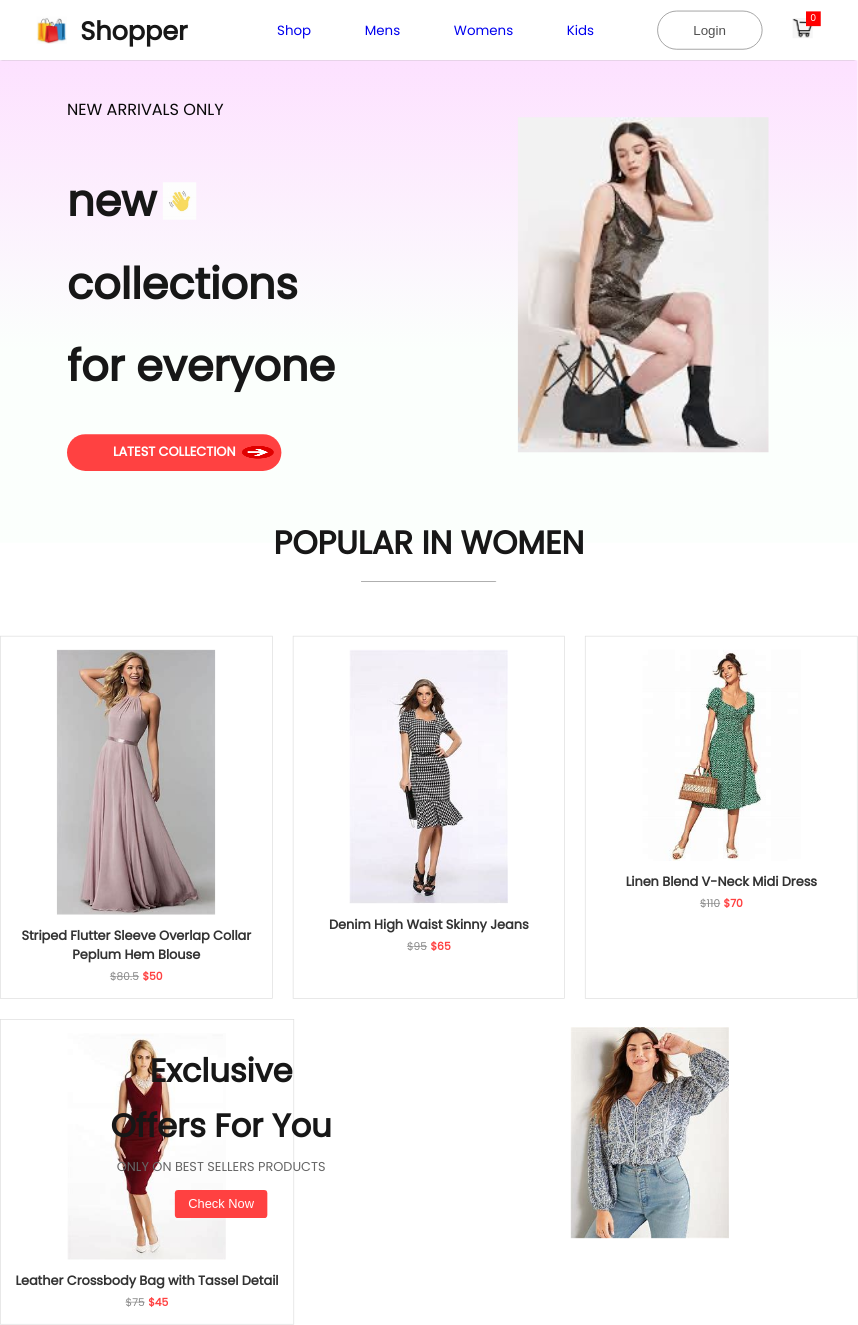
Repository: sshaiv/Shoppie_EcommerceAPP
Page: /
An editor plug-in stored every save of this project. The page is shown before and after the next save, followed by the edit.
The browser window is 1280 px wide. The pictures show the whole page, at 67% of full size.
The project was rebuilt for these pictures with package versions that can differ from the ones it lists, and the page was loaded fresh each time. Also part of the build but not shown: src/App.css, src/Components/Pages/ShopCategory.jsx, src/Components/Pages/Product.jsx, src/Components/Pages/Cart.jsx, src/Components/Pages/LoginSignup.jsx.

Above is the page before, as saved 2024-07-16 18:42:32.

### public/index.html
<!DOCTYPE html>
<html lang="en">
  <head>
    <meta charset="utf-8" />
    <link rel="icon" href="%PUBLIC_URL%/favicon.ico" />
    <meta name="viewport" content="width=device-width, initial-scale=1" />
    <meta name="theme-color" content="#000000" />
    <meta
      name="description"
      content="Web site created using create-react-app"
    />
    <link rel="apple-touch-icon" href="%PUBLIC_URL%/logo192.png" />
    <!--
      manifest.json provides metadata used when your web app is installed on a
      user's mobile device or desktop. See https://developers.google.com/web/fundamentals/web-app-manifest/
    -->
    <link rel="manifest" href="%PUBLIC_URL%/manifest.json" />
    <!--
      Notice the use of %PUBLIC_URL% in the tags above.
      It will be replaced with the URL of the `public` folder during the build.
      Only files inside the `public` folder can be referenced from the HTML.

      Unlike "/favicon.ico" or "favicon.ico", "%PUBLIC_URL%/favicon.ico" will
      work correctly both with client-side routing and a non-root public URL.
      Learn how to configure a non-root public URL by running `npm run build`.
    -->
    <link rel="preconnect" href="https://fonts.googleapis.com">
    <link rel="preconnect" href="https://fonts.gstatic.com" crossorigin>
    <link href="https://fonts.googleapis.com/css2?family=Poppins&display=swap" rel="stylesheet">
    <title>E-Commerce</title>
  </head>
  <body>
    <noscript>You need to enable JavaScript to run this app.</noscript>
    <div id="root"></div>
    <!--
      This HTML file is a template.
      If you open it directly in the browser, you will see an empty page.

      You can add webfonts, meta tags, or analytics to this file.
      The build step will place the bundled scripts into the <body> tag.

      To begin the development, run `npm start` or `yarn start`.
      To create a production bundle, use `npm run build` or `yarn build`.
    -->
  </body>
</html>

### src/index.css
*{
  margin: 0;
}

body {
  margin: 0;
  font-family: -apple-system, BlinkMacSystemFont, 'Segoe UI', 'Roboto', 'Oxygen',
    'Ubuntu', 'Cantarell', 'Fira Sans', 'Droid Sans', 'Helvetica Neue',
    sans-serif;
  -webkit-font-smoothing: antialiased;
  -moz-osx-font-smoothing: grayscale;

 font-family:'Poppins';

}

code {
  font-family: source-code-pro, Menlo, Monaco, Consolas, 'Courier New',
    monospace;
}

### src/App.js
import React from 'react';
import './App.css';
import Navbar from './Components/Navbar/Navbar';
import { BrowserRouter, Routes, Route } from 'react-router-dom';
import ShopCategory from './Components/Pages/ShopCategory';
import Product from './Components/Pages/Product';
import Cart from './Components/Pages/Cart';
import LoginSignup from './Components/Pages/LoginSignup';
import Shop from './Components/Pages/Shop';

const App = () => {
  return (
    <div>
      <BrowserRouter>
        <Navbar />
        <Routes>
          <Route path='/' element={<Shop />} />
          <Route path='/mens' element={<ShopCategory category='mens' />} />
          <Route path='/womens' element={<ShopCategory category='women' />} />
          <Route path='/kids' element={<ShopCategory category='kids' />} />
          <Route path='/product' element={<Product />} />
          <Route path='/product/:productID' element={<Product />} />
          <Route path='/cart' element={<Cart />} />
          <Route path='/login' element={<LoginSignup />} />
        </Routes>
      </BrowserRouter>
    </div>
  );
}

export default App;

### src/Components/Navbar/Navbar.jsx
import React, { useState } from 'react'
import './Navbar.css'
import logo from '../Assets/logo.png'
import cart_icon from '../Assets/cart_icon.png'
import { Link } from 'react-router-dom'

const Navbar = () => {
const [menu,setMenu]=useState("shop");

  return (
    <div>
      <div className='navbar'>
        <div className='nav-logo'>
          <img src={logo} alt="Logo" />
          <p>Shopper</p>
        </div>
        <ul className='nav-menu'>
            <li onClick={()=>{setMenu("shop")}}><Link style={{textDecoration:'none'}} to='/'>Shop </Link>{menu==="shop"? <hr/> :<></>}   </li>
            <li onClick={()=>{setMenu("mens")}}><Link style={{textDecoration:'none'}}  to='/mens'>Mens</Link> {menu==="shop"? <hr/> :<></>} </li>
            <li onClick={()=>{setMenu("womens")}}><Link style={{textDecoration:'none'}}  to='/womens'>Womens </Link> {menu==="shop"? <hr/> :<></>} </li>
            <li onClick={()=>{setMenu("kids")}}><Link style={{textDecoration:'none'}}  to='/kids'>Kids</Link> {menu==="shop"? <hr/> :<></>} </li>
        </ul>

        <div className="nav-login-cart">
          <Link to='/login'>  <button>Login</button></Link>
       <Link to='/cart'>   <img src={cart_icon} alt="" /></Link>
      <div className="nav-cart-count">0</div>
        </div>
      </div>
    </div>
  )
}

export default Navbar

### src/Components/Pages/Shop.jsx
import React from 'react';
import Hero from '../Hero/Hero';
import Popular from '../Popular/Popular';
import Offers from '../Offers/Offers';


const Shop = () => {
  return (
    <div>
      <Hero/>
      <Popular/>
      <Offers/>
    </div>
  );
}

export default Shop;

### src/Components/Navbar/Navbar.css
.navbar{
    display: flex;
    justify-content: space-around;
    padding: 16px;
    box-shadow:0 1px 3px -2px black ;

}
.nav-logo{
    display:flex;
    align-items: center;
    gap: 10px;
}

.nav-logo p{
    color: #171717;
    font-size: 38px;
    font-weight: 600;
}
.nav-menu{
    display:flex;
    align-items:center;
    list-style: none;
    gap: 50px;
    color:#626262;
    font-size: 20px;
    font-weight: 500;

}


  .nav-logo img {
    height: 40px;
    margin-right: 10px;
  }



  .nav-menu li {
    margin: 0 15px;
    position: relative;
    cursor: pointer;
  }

  .nav-menu li:hover hr {
    display: block;
  }

  .nav-menu hr {
    display: none;
    width: 80%;
    height: 3px;
    border-radius: 10px;
    background-color:red;

  }

  .nav-login-cart {
    display: flex;
    align-items: center;
    gap: 45px;
  }

  .nav-login-cart button {
    width: 157px;
    height: 58px;
    outline: none;
    border: 1px solid #7a7a7a;
    border-radius: 75px;
    color:#515151;
    font-size: 20px;
    font-weight: 500;
    background: white;
    cursor: pointer;
  }

  .nav-login-cart button:active{
    background:#f3f3f3;
  }
  .nav-login-cart img {
    height: 30px;
    cursor: pointer;
  }
  .nav-cart-count{
    width: 22px;
    height: 22px;
    display: flex;
    justify-content: center;
    align-items:center;
    margin-top: -35px;
    margin-left: -55px;
    border: radius 11px;
    font-size: 14px;
    background-color:red;
    color:white;
  }

  @media (max-width: 768px) {
    .navbar {
      flex-direction: column;
      align-items: center;
    }

    .nav-logo p {
      font-size: 20px;
    }

    .nav-menu {
      flex-direction: column;
      align-items: center;
      gap: 10px;
    }

    .nav-menu li {
      margin: 10px 0;
    }

    .nav-login-cart {
      flex-direction: column;
      align-items: center;
      gap: 10px;
    }
  }

### src/Components/Hero/Hero.jsx
import React from "react";
import "./Hero.css";
import hand_icon from "../Assets/hand_icon.png";
import arrow_icon from "../Assets/arrow_icon.png";
import hero_imae from '../Assets/hero_imae.png';

const Hero = () => {
  return (
    <div className="hero">
      <div className="hero-left">
        <h2>NEW ARRIVALS ONLY</h2>
        <div className="hero-hand-icon">
          <p>new</p>
          <img src={hand_icon} alt="hand icon" />
        </div>
        <p>collections</p>
        <p>for everyone</p>
        <div className="hero-latest-btn">
          <div>Latest Collection</div>
          <img src={arrow_icon} alt="arrow icon" />
        </div>
      </div>
      <div className="hero-right">
        <img src={hero_imae} alt="hero" />
      </div>
    </div>
  );
};

export default Hero;

### src/Components/Popular/Popular.jsx
import React from 'react';
import './Popular.css';
import data_product from '../Assets/data';
// import Item from '../Item/Item';

const Popular = () => {
  return (
    <div className='popular'>
      <h1>POPULAR IN WOMEN</h1>
      <hr />
      <div className="popular-item">
        {data_product.map((item, i) => (
          <div className="item" key={i}>
            <img src={item.image} alt={item.name} />
            <div className="name">{item.name}</div>
            <div className="price">
              <span className="old-price">${item.old_price}</span>
              <span className="new-price">${item.new_price}</span>
            </div>
          </div>
        ))}
      </div>
    </div>
  );
}

export default Popular;

### src/Components/Offers/Offers.jsx
import React from 'react'
import './Offers.css'
import exclusive_image from '../Assets/exclusive_image.png'

const Offers = () => {
  return (
    <div className='offers'>
      <div className="offers-left">
        <h1>Exclusive</h1>
        <h1>Offers For You</h1>
        <p>ONLY ON BEST SELLERS PRODUCTS </p>
        <button>Check Now</button>
      </div>
      <div className="offers-right">
        <img src={exclusive_image} alt="" />
      </div>
    </div>
  )
}

export default Offers

### src/Components/Hero/Hero.css
.hero {
    height: 100vh;
    background: linear-gradient(180deg, #fde1ff, #e1ffea22 60%);
    display: flex;
    justify-content: space-between;
    align-items: center;
    padding: 0 50px;
    box-sizing: border-box;
  }

  .hero-left {
    flex: 1;
    display: flex;
    flex-direction: column;
    justify-content: center;
    gap: 20px;
    padding-left: 50px;
    line-height: 1.3;
  }

  .hero-left h2 {
    color: #090909;
    font-size: 1.5rem;
    font-weight: 500;
    position: relative;
    bottom: 50px;
  }

  .hero-left p {
    color: #171717;
    font-size: 4rem;
    font-weight: 700;
    margin: 10px 0;
  }

  .hero-hand-icon {
    display: flex;
    align-items: center;
    gap: 10px;
    font-size: 1.5rem;
    font-weight: 500;
    color: #ff4141;
  }

  .hero-hand-icon img {
    width: 50px;
  }
  .hero-latest-btn {
    width: 260px;
    display: flex;
    justify-content: center;
    align-items: center;
    gap: 10px;
    padding: 15px 30px;
    border-radius: 50px;
    margin-top: 30px;
    background: #ff4141;
    color: white;
    font-size: 1.2rem;
    font-weight: 600;
    text-transform: uppercase;
    transition: background 0.3s ease, transform 0.3s ease;
    cursor: pointer;
    position: relative;
    /* Add position relative to the parent */
  }

  .hero-latest-btn img {
    height: 20px;
    width: 50px;
    position: absolute; /* Position the image absolutely */
    right: 10px; /* Adjust right position as needed */
  }

  .hero-latest-btn:hover {
    background: #e63939;
    transform: scale(1.05);
  }


  .hero-right {
    flex: 1;
    display: flex;
    justify-content: center;
    align-items: center;
    padding-right: 50px;
  }

  .hero-right img {
    max-width: 100%;
    height: 500px;
   position: relative;
   left: 50px;
   bottom: 25px;

  }

### src/Components/Popular/Popular.css
.popular {
    height: 90vh;
    display: flex;
    flex-direction: column;
    align-items: center;
    gap: 10px;
    position: relative;
    bottom: 35px;
  }

  .popular h1 {
    font-size: 3rem; /* Adjusted font size */
    font-weight: 600;
    color: #171717;
    margin-bottom: 10px; /* Added margin for spacing */
  }

  .popular hr {
    width: 200px;
    height: 6px;
    border-radius: 10px;
    background: #252525;
    margin-bottom: 20px; /* Added margin for spacing */
  }

  .popular-item {
    margin-top: 50px;
    display: flex;
    flex-wrap: wrap; /* Allow items to wrap onto new lines */
    justify-content: space-between; /* Distribute items with space between */
    gap: 30px; /* Increased gap between items */
  }

  .popular-item .item {
    border: 1px solid #ddd; /* Example border style for items */
    padding: 20px; /* Example padding for items */
    flex: 1 1 300px; /* Flex basis to control item width */
    max-width: calc(33.33% - 30px); /* Adjust for three items per row */
    text-align: center;
  }

  .popular-item .item img {
    max-width: 100%;
    height: auto;
    margin-bottom: 10px; /* Space below image */
  }

  .popular-item .item .name {
    font-size: 1.2rem; /* Adjusted font size for item name */
    font-weight: bold;
    color: #333;
    margin-bottom: 5px; /* Space below name */
  }

  .popular-item .item .price {
    font-size: 1rem; /* Adjusted font size for prices */
    color: #888;
  }

  .popular-item .item .old-price {
    text-decoration: line-through; /* Strikethrough for old price */
    margin-right: 5px; /* Space between old and new price */
  }

  .popular-item .item .new-price {
    font-weight: bold;
    color: #ff4141;
  }

  @media (max-width: 768px) {
    .popular h1 {
      font-size: 2rem; /* Adjusted font size for smaller screens */
    }

    .popular-item .item {
      max-width: calc(50% - 20px); /* Adjust for two items per row */
    }
  }

### src/Components/Assets/data.js
import p1_img from './product1.png'
import p2_img from './product2.png'
import p3_img from './product3.png'
import p4_img from './product4.png'


let data_product = [
    {
      id: 1,
      name: "Striped Flutter Sleeve Overlap Collar Peplum Hem Blouse",
      image: p1_img,
      new_price: 50.00,
      old_price: 80.50,
    },
    {
      id: 2,
      name: "Denim High Waist Skinny Jeans",
      image: p2_img,
      new_price: 65.00,
      old_price: 95.00,
    },
    {
      id: 3,
      name: "Linen Blend V-Neck Midi Dress",
      image: p3_img,
      new_price: 70.00,
      old_price: 110.00,
    },
    {
      id: 4,
      name: "Leather Crossbody Bag with Tassel Detail",
      image: p4_img,
      new_price: 45.00,
      old_price: 75.00,
    },
  ];


export default data_product;

### src/Components/Offers/Offers.css
.offers {
    display: flex;
    justify-content: space-around;
    align-items: center;
    margin: 50px 0;
    position: relative;
    top: 25px;
    background-color: ;
  }

  .offers-left {
    flex: 1;
    padding: 0 20px;
    text-align: center;
  }

  .offers-left h1 {
    font-size: 3rem;
    font-weight: bold;
    color: #171717;
    margin-bottom: 10px;
  }

  .offers-left p {
    color: #666;
    font-size: 1.2rem;
    margin-bottom: 20px;
  }

  .offers-left button {
    padding: 10px 20px;
    background-color: #ff4141;
    color: white;
    border: none;
    border-radius: 5px;
    font-size: 1.2rem;
    cursor: pointer;
    transition: background-color 0.3s ease;
  }

  .offers-left button:hover {
    background-color: #e63939;
  }

  .offers-right {
    flex: 1;
    display: flex;
    justify-content: center;
  }

  .offers-right img {
    max-width: 100%;
    height: auto;
  }

Loaded but not shown: src/index.js (common file); src/reportWebVitals.js (common file)

After the next save:
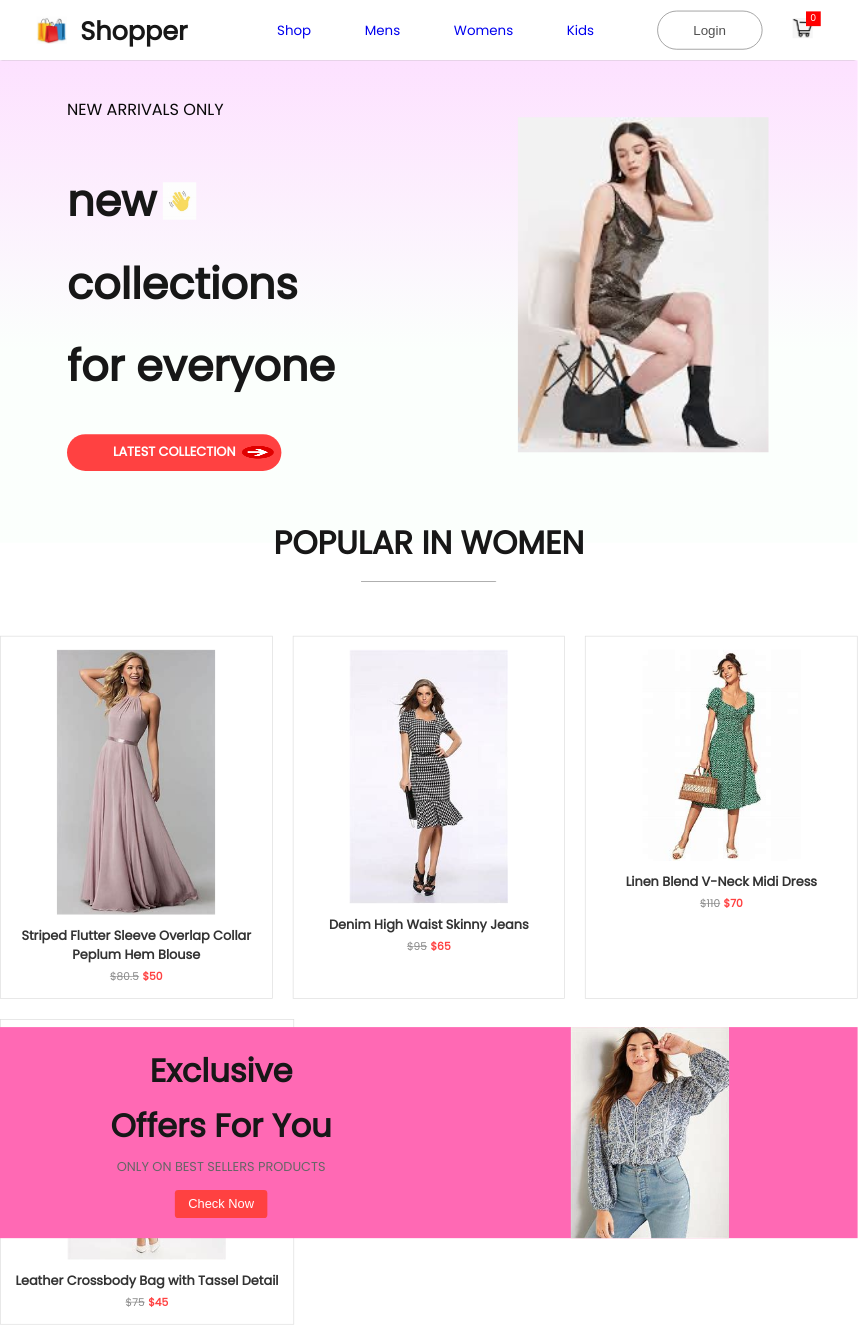
Saved 22 s later.
--- a/src/Components/Offers/Offers.css
+++ b/src/Components/Offers/Offers.css
@@ -5,7 +5,7 @@
     margin: 50px 0;
     position: relative;
     top: 25px;
-    background-color: ;
+    background-color: hotpink;
   }
 
   .offers-left {
